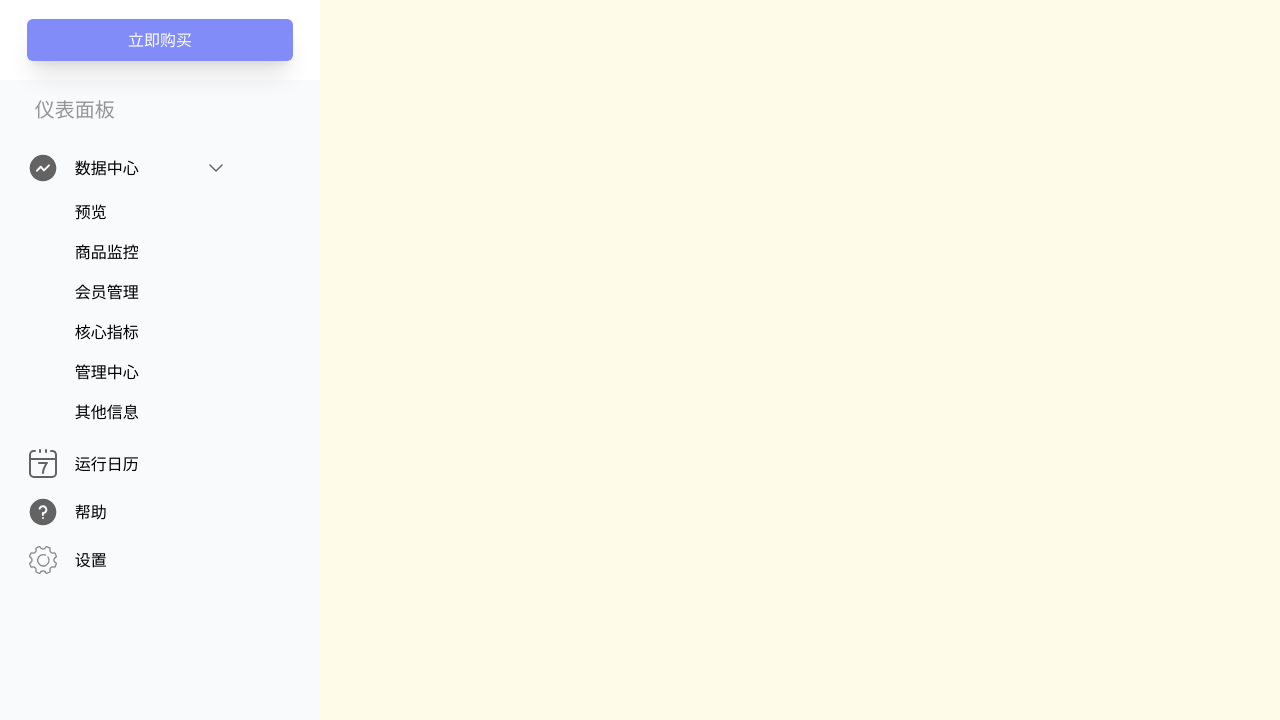
Repository: LiuRuohui/useWater
Page: /
These files come from the project's save history. The page is drawn as it stood at one moment and after the next save; the edit follows.
The browser window is 1280 px wide. The pictures show the whole page.
The project was rebuilt for these pictures with package versions that can differ from the ones it lists, and the page was loaded fresh each time. Also part of the build but not shown: vite.config.js.

Above is the page before, as saved 2022-04-06 09:28:02.

### src/App.vue
<script setup>
import HelloWorld1 from './components/HelloWorld.vue';
</script>

<template>
  <HelloWorld1></HelloWorld1>
</template>

<style>
</style>

### src/index.css
@tailwind base;
@tailwind components;
.inputFrame {
    @apply appearance-none rounded-none relative block w-full px-3 py-2 border border-gray-300 placeholder-gray-500 text-gray-900
}

.inputFrame:focus {
    @apply outline-none border-indigo-500 z-10 inline-block px-5 py-3 rounded-lg shadow-lg
}

.btn {
    @apply relative flex w-full justify-center py-2 border border-transparent font-medium rounded-md text-white bg-indigo-400
}

.btn:hover {
    @apply bg-indigo-500
}

.btn:focus {
    @apply outline-none ring-2 ring-offset-2 ring-indigo-400
}

@tailwind utilities;

### src/components/HelloWorld.vue
<script setup>

</script>

<template>
<div class="w-full h-screen flex flex-row select-none">
  <div class="w-1/4 h-screen justify-center items-center flex flex-col">
    <div class="w-full h-20 justify-center items-center flex">
        <div class="w-5/6">
            <button class="btn text-white justify-center items-center shadow-xl">立即购买</button>
        </div>
    </div>
    <div class="w-full flex flex-grow bg-gray-50 justify-center">
        <div class="w-5/6 pt-4 flex flex-col">
            <div class="h-8 text-xl opacity-40 pl-2">仪表面板</div>
            <div class="mt-4 flex flex-grow flex-col">
                <div class="flex flex-col py-2 hover:cursor-pointer">
                    <div class="flex flex-row hover:bg-blue-200 hover:cursor-pointer">
                      <img src="../assets/数据.svg" alt="" class="h-8 opacity-60">
                      <div class="pl-4 pt-1">数据中心</div>
                      <img src="../assets/下拉.svg" alt="" class="my-1 h-6 opacity-60 flex flex-row-reverse flex-grow">
                    </div>
                    <div class="mt-2 flex flex-col">
                        <div class="py-2 pl-12 hover:bg-blue-200">预览</div>
                        <div class="py-2 pl-12 hover:bg-blue-200">商品监控</div>
                        <div class="py-2 pl-12 hover:bg-blue-200">会员管理</div>
                        <div class="py-2 pl-12 hover:bg-blue-200">核心指标</div>
                        <div class="py-2 pl-12 hover:bg-blue-200">管理中心</div>
                        <div class="py-2 pl-12 hover:bg-blue-200">其他信息</div>
                    </div>
                </div>
                <div class="flex flex-row py-2 hover:bg-blue-200">
                  <img src="../assets/日历.svg" alt="" class="h-8 opacity-60">
                  <div class="pl-4 pt-1">运行日历</div>
                </div>
                <div class="flex flex-row py-2 hover:bg-blue-200">
                  <img src="../assets/帮助.svg" alt="" class="h-8 opacity-60">
                  <div class="pl-4 pt-1">帮助</div>
                </div>
                <div class="flex flex-row py-2 hover:bg-blue-200">
                  <img src="../assets/设置.svg" alt="" class="h-8 opacity-60">
                  <div class="pl-4 pt-1">设置</div>
                </div>
            </div>
        </div>
    </div>
  </div>
  <div class="flex flex-grow bg-yellow-50">

  </div>
</div>
</template>

<style scoped>

</style>

### tailwind.config.js
module.exports = {
    content: [
        "./index.html",
        "./src/**/*.{vue,js,ts,jsx,tsx}",
    ],
    theme: {
        extend: {},
    },
    variants: {
        backgroundColor: ['responsive', 'hover', 'focus', 'active']
    },
    plugins: [],
}

Loaded but not shown: index.html (common file); src/main.js (common file)

After the next save:
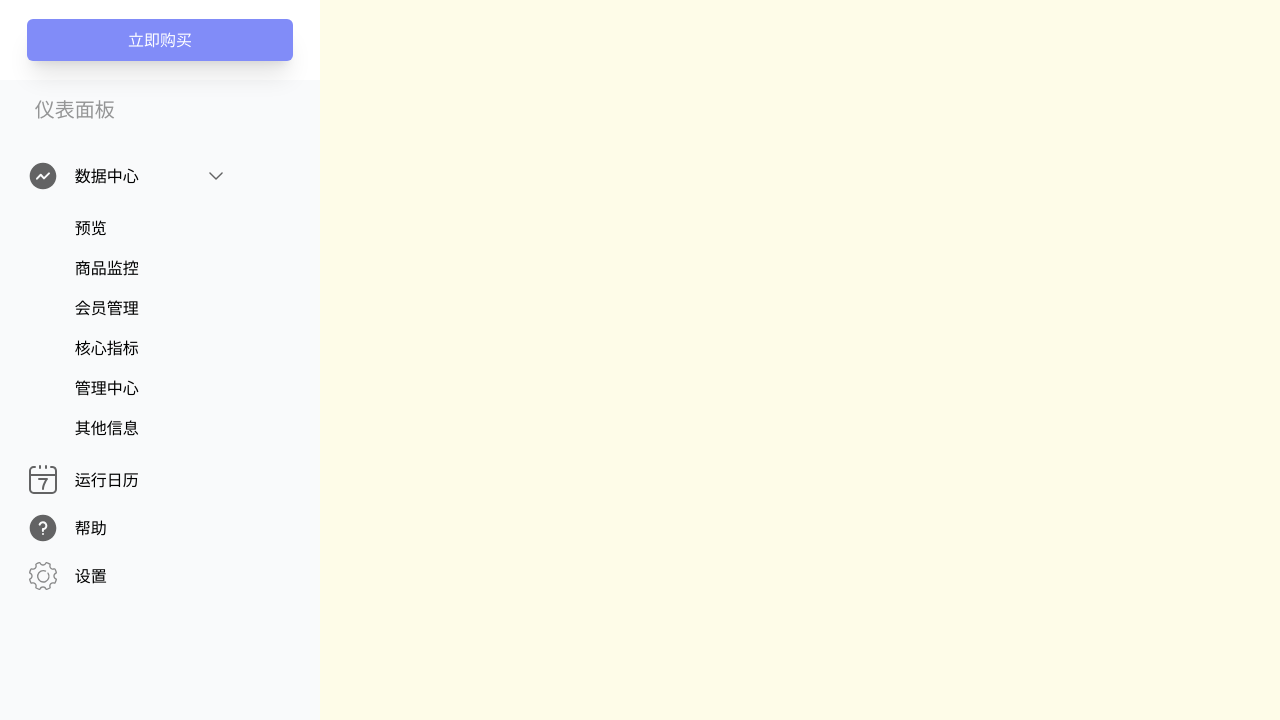
Saved 22 s later.
--- a/src/components/HelloWorld.vue
+++ b/src/components/HelloWorld.vue
@@ -15,7 +15,7 @@
             <div class="h-8 text-xl opacity-40 pl-2">仪表面板</div>
             <div class="mt-4 flex flex-grow flex-col">
                 <div class="flex flex-col py-2 hover:cursor-pointer">
-                    <div class="flex flex-row hover:bg-blue-200 hover:cursor-pointer">
+                    <div class="flex flex-row py-2 hover:bg-blue-200 hover:cursor-pointer">
                       <img src="../assets/数据.svg" alt="" class="h-8 opacity-60">
                       <div class="pl-4 pt-1">数据中心</div>
                       <img src="../assets/下拉.svg" alt="" class="my-1 h-6 opacity-60 flex flex-row-reverse flex-grow">
